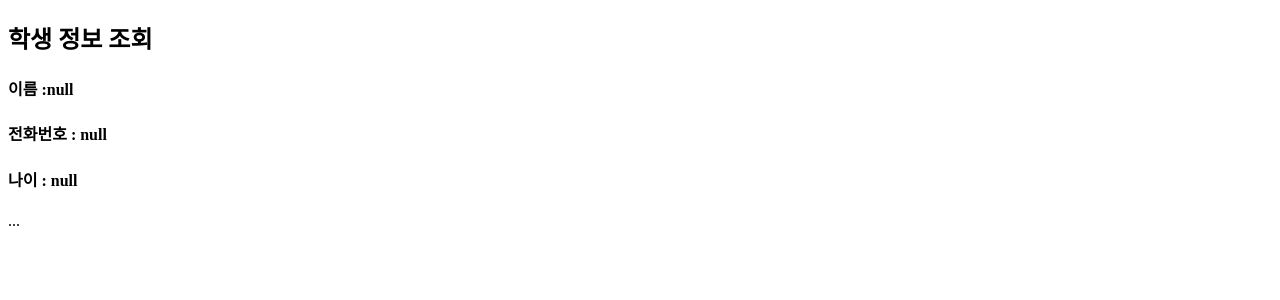
Repository: mi-ci/ai
Page: http://localhost/jsp01/ch06/student.jsp
An editor plug-in stored every save of this project. The page is shown before and after the next save, followed by the edit.
The browser window is 1280 px wide. The pictures show the whole page.
The page is served by Tomcat 9. Other server files are loaded and not shown.

Above is the page before, as saved 2024-01-19 02:00:38.

### jsp01/src/main/webapp/ch06/student.jsp
<%@ page language="java" contentType="text/html; charset=UTF-8"
    pageEncoding="UTF-8"%>
<!DOCTYPE html>
<html>
<head>
<meta charset="UTF-8">
<title>Insert title here</title>
</head>
<body>
	<jsp:useBean id="s" class="jsp01.Student"></jsp:useBean>
	<%
		s.setName(request.getParameter("name"));
		s.setPhone(request.getParameter("phone"));
		s.setAge(request.getParameter("age"));
	%>
	<h2>학생 정보 조회</h2>
	<h4>이름 :<%= s.getName() %></h4>
	<h4>전화번호 : <%= s.getPhone() %></h4>
	<h4>나이 : <%= s.getAge() %></h4>

	<table class="table table-hover">
		  ...
	</table>
</body>
</html>

### jsp01/src/main/java/jsp01/Student.java
package jsp01;

import java.io.Serializable;

public class Student implements Serializable {
	private String name;
	private String phone;
	private String age;

	public Student() {
		// TODO Auto-generated constructor stub
	}

	public String getName() {
		return name;
	}

	public void setName(String name) {
		this.name = name;
	}

	public String getPhone() {
		return phone;
	}

	public void setPhone(String phone) {
		this.phone = phone;
	}

	public String getAge() {
		return age;
	}

	public void setAge(String age) {
		this.age = age;
	}


}

After the next save:
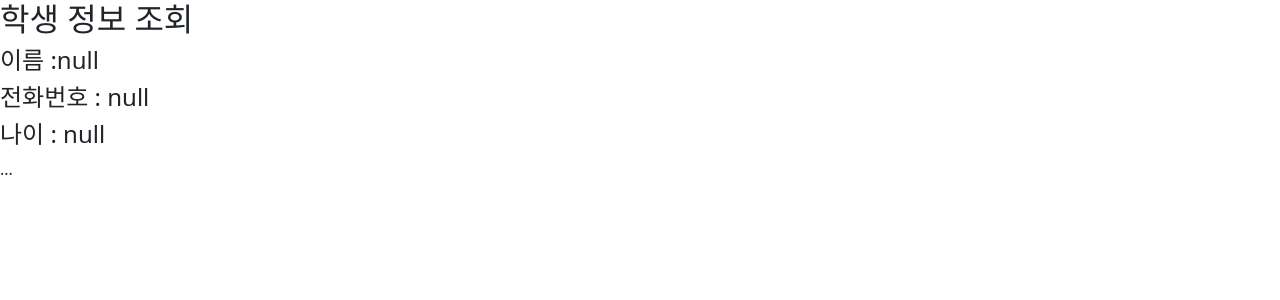
Saved 39 s later.
--- a/jsp01/src/main/webapp/ch06/student.jsp
+++ b/jsp01/src/main/webapp/ch06/student.jsp
@@ -5,6 +5,7 @@
 <head>
 <meta charset="UTF-8">
 <title>Insert title here</title>
+<link href="https://cdn.jsdelivr.net/npm/bootstrap@5.3.2/dist/css/bootstrap.min.css" rel="stylesheet" integrity="sha384-T3c6CoIi6uLrA9TneNEoa7RxnatzjcDSCmG1MXxSR1GAsXEV/Dwwykc2MPK8M2HN" crossorigin="anonymous">
 </head>
 <body>
 	<jsp:useBean id="s" class="jsp01.Student"></jsp:useBean>
